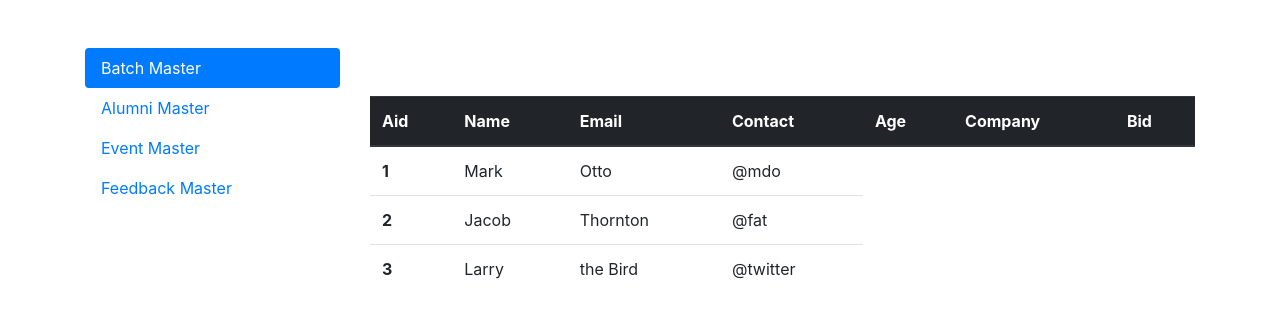
Repository: Shreyash1107/Web_Projects
Page: http://localhost/AlumnieventmanagementApplication/Viewalumni.jsp
An editor plug-in stored every save of this project. The page is shown before and after the next save, followed by the edit.
The browser window is 1280 px wide. The pictures show the whole page.
The page is served by Tomcat 9. Nobody is signed in. The application's start-up code is not run.

Above is the page before, as saved 2024-07-30 06:45:46.

After the next save:
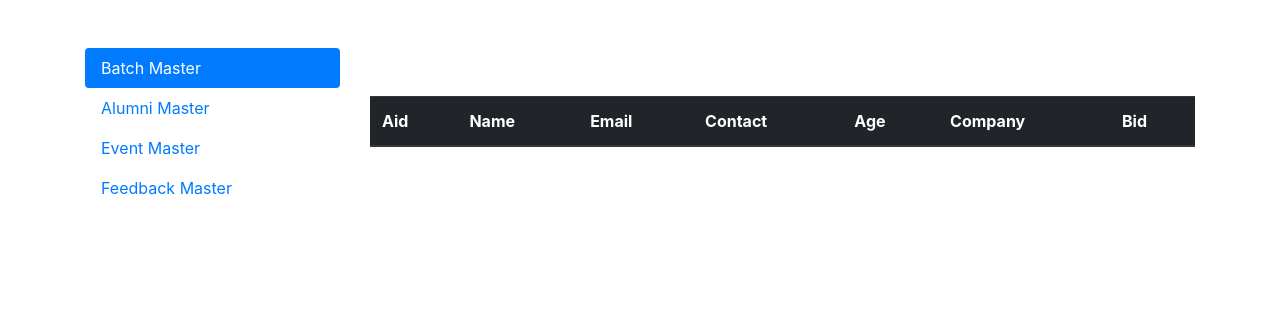
Saved 32 s later.
--- a/AlumnieventmanagementApplication/src/main/webapp/Viewalumni.jsp
+++ b/AlumnieventmanagementApplication/src/main/webapp/Viewalumni.jsp
@@ -49,24 +49,7 @@
 									</tr>
 								</thead>
 								<tbody>
-									<tr>
-										<th scope="row">1</th>
-										<td>Mark</td>
-										<td>Otto</td>
-										<td>@mdo</td>
-									</tr>
-									<tr>
-										<th scope="row">2</th>
-										<td>Jacob</td>
-										<td>Thornton</td>
-										<td>@fat</td>
-									</tr>
-									<tr>
-										<th scope="row">3</th>
-										<td>Larry</td>
-										<td>the Bird</td>
-										<td>@twitter</td>
-									</tr>
+
 								</tbody>
 							</table>
 							<form name='frm' id="frm" action='view' method='POST'
